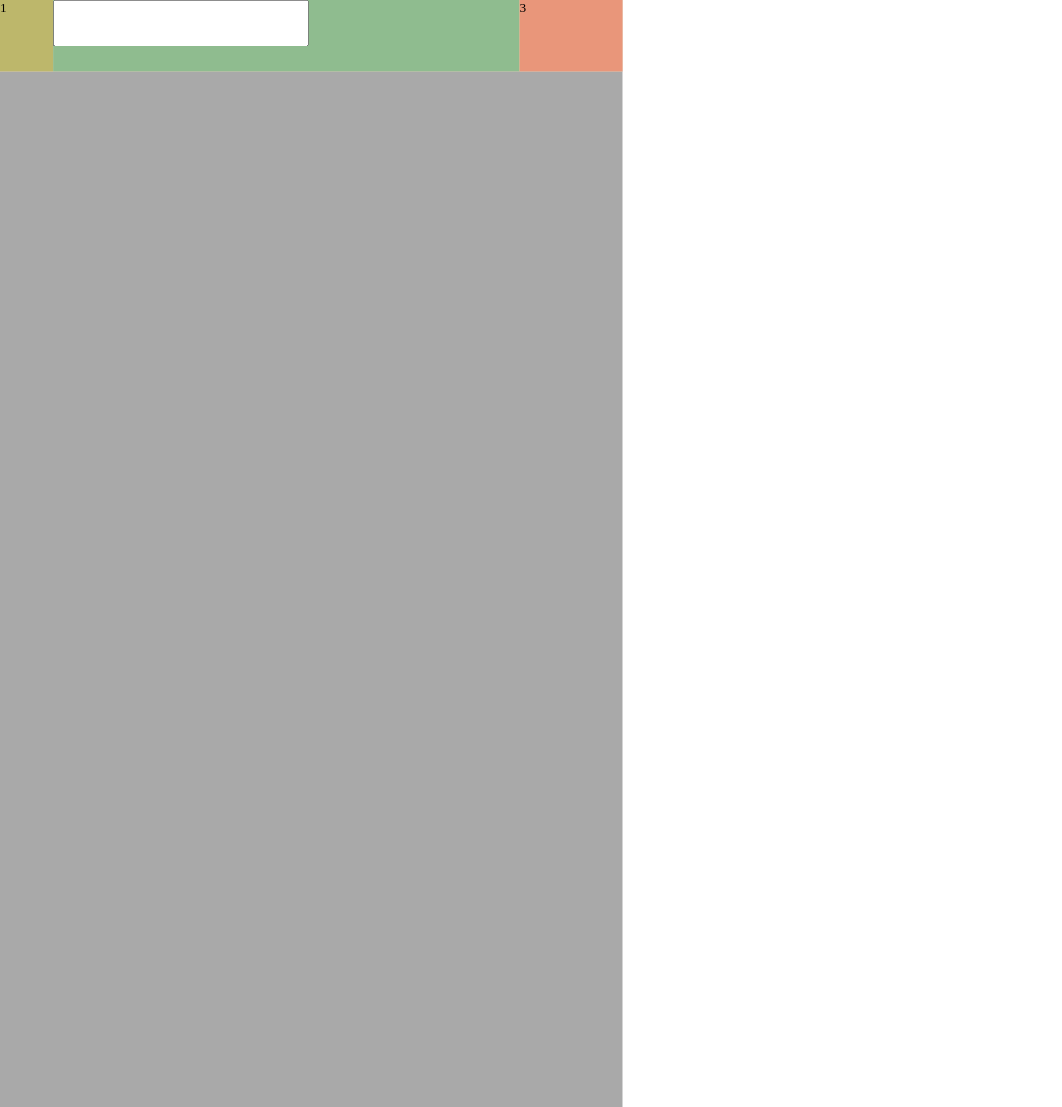
Repository: GitHub-dev666/muke-qunaer
Page: /
These files come from the project's save history. The page is drawn as it stood at one moment and after the next save; the edit follows.
The browser window is 1280 px wide. The pictures show the whole page, at 83% of full size.
The project was rebuilt for these pictures with package versions that can differ from the ones it lists, and the page was loaded fresh each time. Also part of the build but not shown: vue.config.js.

Above is the page before, as saved 2021-02-10 22:08:18.

After the next save:
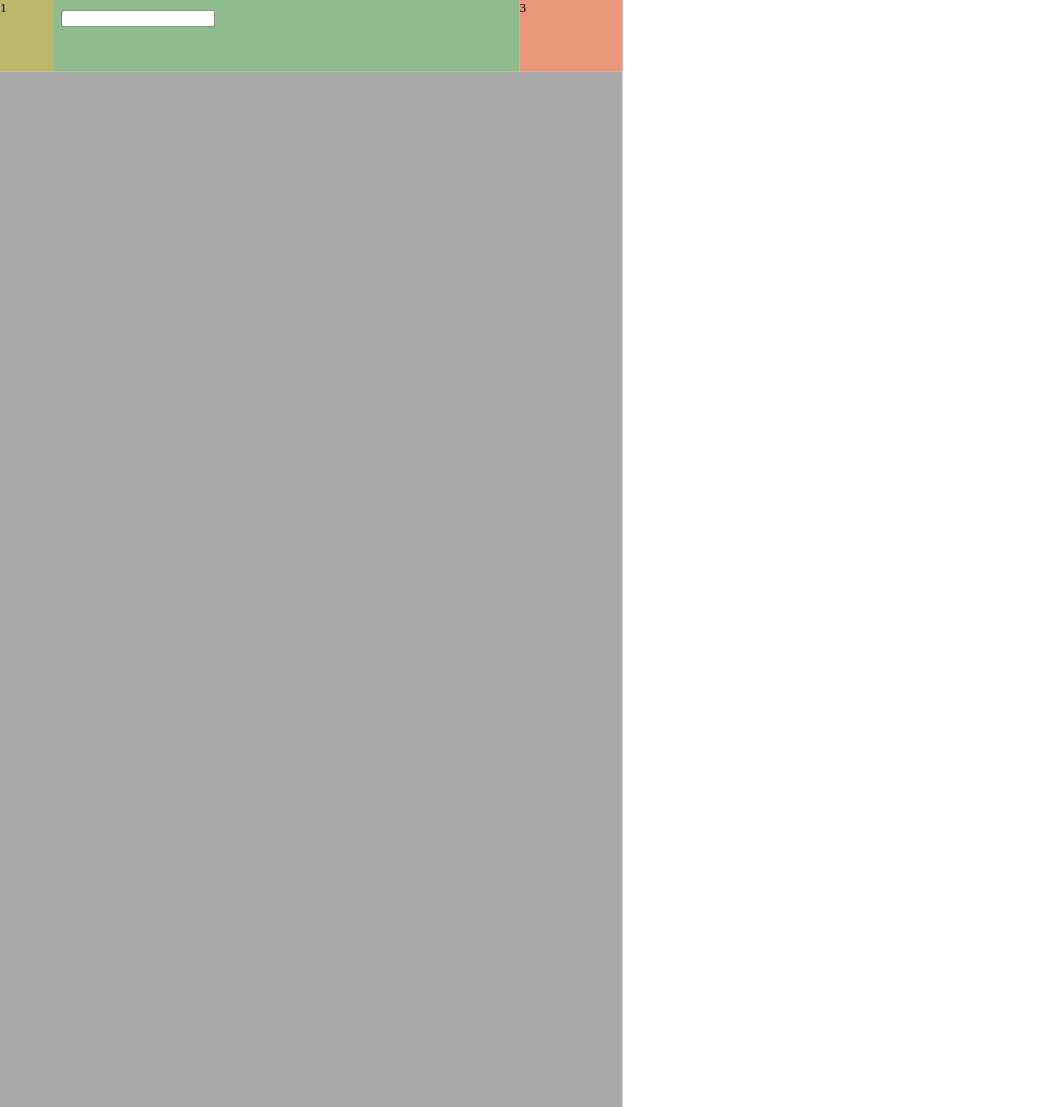
Saved 3 min 26 s later.
--- a/src/components/home/homeheader.vue
+++ b/src/components/home/homeheader.vue
@@ -27,8 +27,8 @@ export default {}
             height: 86px;
             background-color: darkseagreen;
             input{
-                width: 300px;
-                height: 50px;
+                margin-left: 10px;
+                margin-top: 12px;
             }
         }
         .right{
